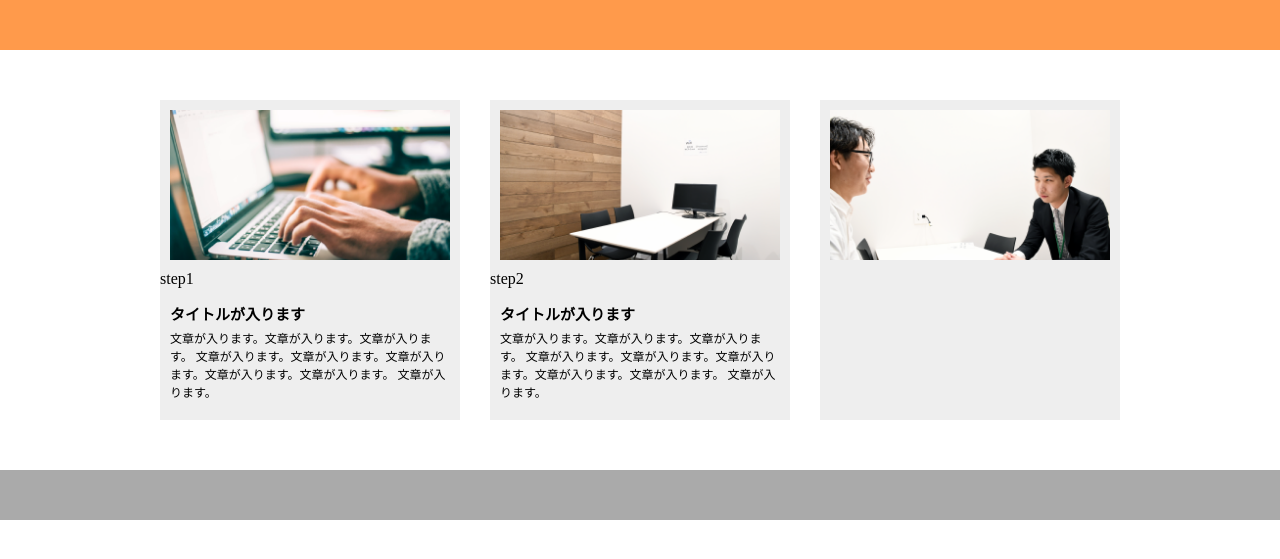
Repository: chihuyu3369/curriculum
Page: chapter9/index.html
The author's editor kept a record of every edit. The page is drawn from the files as they stood at one moment, then again after the next edit.
The browser window is 1280 px wide. The pictures show the whole page.

Above is the page before.

### chapter9/index.html
<!DOCTYPE html>
<html lang="ja">
  <head>
    <meta charset="UTF-8" />
    <!-- CSSファイルの読み込み -->
    <link rel="stylesheet" href="style.css" />
    <title>chapter9</title>
  </head>

  <body>
    <header>
     <div class="header"></div>
    </header>

  <main>
    <div class="main-visual">
      <div class="main-visual-img"></div>
      <span class="step">step1</span>
      <h3 class="title">タイトルが入ります</h3>
      <p class="text">文章が入ります。文章が入ります。文章が入りま<br>す。
      文章が入ります。文章が入ります。文章が入り<br>ます。文章が入ります。文章が入ります。
      文章が入<br>ります。</p>


    </div>


    <div class="main-visual2">
      <div class="main-visual-img2"></div>
      <span class="step">step2</span>
      <h3 class="title">タイトルが入ります</h3>
      <p class="text">文章が入ります。文章が入ります。文章が入りま<br>す。
      文章が入ります。文章が入ります。文章が入り<br>ます。文章が入ります。文章が入ります。
      文章が入<br>ります。</p>



    </div>


    <div class="main-visual3">
      <div class="main-visual-img3"></div>



    </div>

  </main>
  <footer>
    <div class="footer"></div>
  </footer>
  </body>
  </html>

### chapter9/style.css
* {
  margin: 0;
  padding: 0;
  box-sizing: border-box;
}

.header {
  width; 100%;
  height: 50px;
  background-color: #FF9A4B;
}

main {
  width: 960px;
  margin: 50px auto;
  display: flex;
}


.main-visual {
  width: 300px;
  height: 320px;
  position: relative;
  background-color: #EEEEEE;
}

.main-visual2 {
  width: 300px;
  height: 320px;
  margin-left: 30px;
   position: relative;
  background-color: #EEEEEE;
}


.main-visual3 {
  width: 300px;
  height: 320px;
  margin-left: 30px;
   position: relative;
  background-color: #EEEEEE;
}



.main-visual-img {
  width: 280px;
  height: 150px;
  margin: 10px;
  background-image: url(img/flow01.png);
  background-size: cover;
  background-position: center;
}

.main-visual-img2 {
  width: 280px;
  height: 150px;
  margin: 10px;
  background-image: url(img/flow02.png);
  background-size: cover;
  background-position: center;
}

.main-visual-img3 {
  width: 280px;
  height: 150px;
  margin: 10px;
  background-image: url(img/flow03.png);
  background-size: cover;
  background-position: center;
}

.step-n {
  position: absolute;
  top: 0;
  left: 0;
  background-color: #FF9A4B;
  color: #fff;
}

.title {
  margin-left: 10px;
  margin-top: 15px;
  font-size: 15px;
}

.text {
  margin-top: 5px;
  margin-left: 10px;
  font-size: 12px;
}


.footer {
  width; 1100px;
  height: 50px;
  background-color: #AAAAAA;
}

After the next edit:
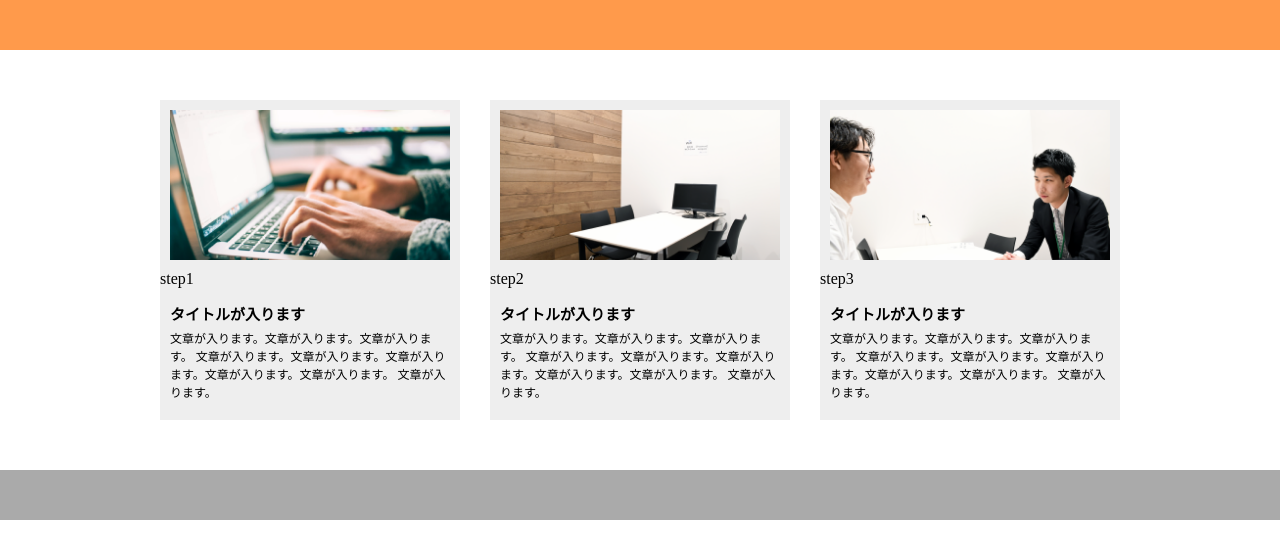
The edit:
--- a/chapter9/index.html
+++ b/chapter9/index.html
@@ -40,6 +40,12 @@
 
     <div class="main-visual3">
       <div class="main-visual-img3"></div>
+      <span class="step">step3</span>
+      <h3 class="title">タイトルが入ります</h3>
+      <p class="text">文章が入ります。文章が入ります。文章が入りま<br>す。
+      文章が入ります。文章が入ります。文章が入り<br>ます。文章が入ります。文章が入ります。
+      文章が入<br>ります。</p>
+
 
 
 
